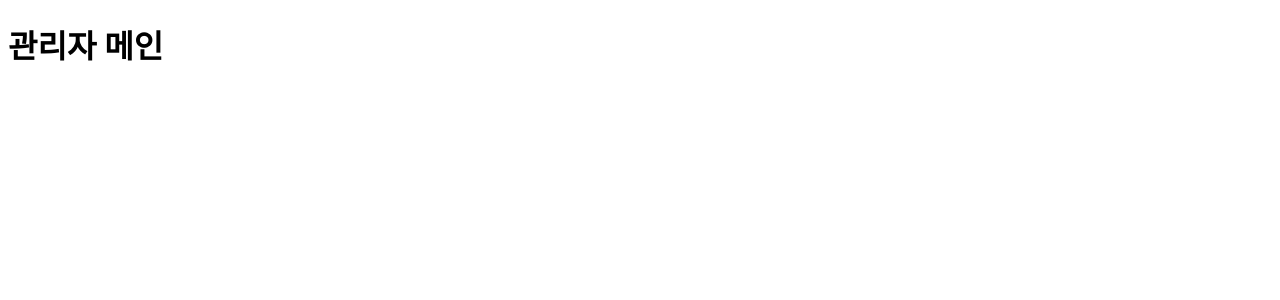
Repository: pyeonm30/PYMjspWorkspace
Page: http://localhost/basicJSP/05_member_login/01_11_adminMain.jsp
These files come from the project's save history. The page is drawn as it stood at one moment and after the next save; the edit follows.
The browser window is 1280 px wide. The pictures show the whole page.
The page is served by Tomcat 9. Other server files are loaded and not shown.

Above is the page before, as saved 2024-01-31 01:22:22.

### basicJSP/src/main/webapp/05_member_login/01_11_adminMain.jsp
<%@ page language="java" contentType="text/html; charset=UTF-8"
    pageEncoding="UTF-8"%>
<!DOCTYPE html>
<html>
<head>
<meta charset="UTF-8">
<title>Insert title here</title>
</head>
<body>
<h1> 관리자 메인 </h1>
</body>
</html>

After the next save:
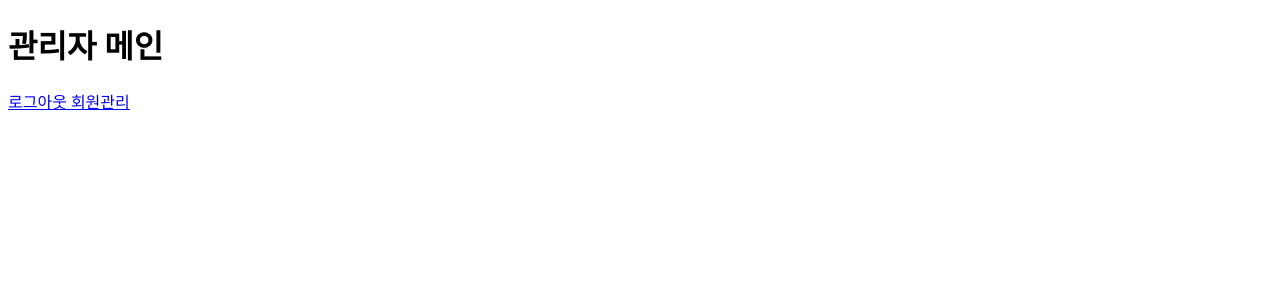
Saved 3 min 30 s later.
--- a/basicJSP/src/main/webapp/05_member_login/01_11_adminMain.jsp
+++ b/basicJSP/src/main/webapp/05_member_login/01_11_adminMain.jsp
@@ -8,5 +8,8 @@
 </head>
 <body>
 <h1> 관리자 메인 </h1>
+	<a href="02_main.jsp?<%session.setAttribute("log", -1); %>"> 로그아웃 </a>
+	<a href="01_13adminUserList.jsp"> 회원관리 </a>
+
 </body>
 </html>
